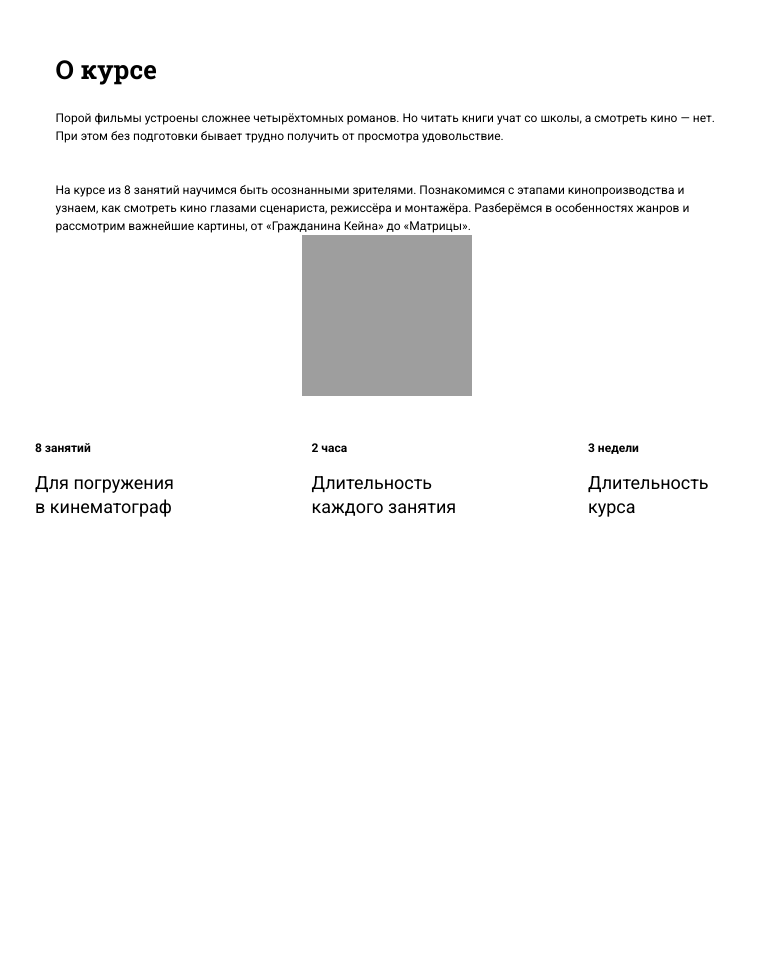
Repository: PoladEziz/Task1
Page: index.html
These files come from the project's save history. The page is drawn as it stood at one moment and after the next save; the edit follows.
The browser window is 768 px wide. The pictures show the whole page.
Pictures or frames that could not be fetched are drawn as grey boxes.

Above is the page before, as saved 2023-04-27 17:56:48.

After the next save:
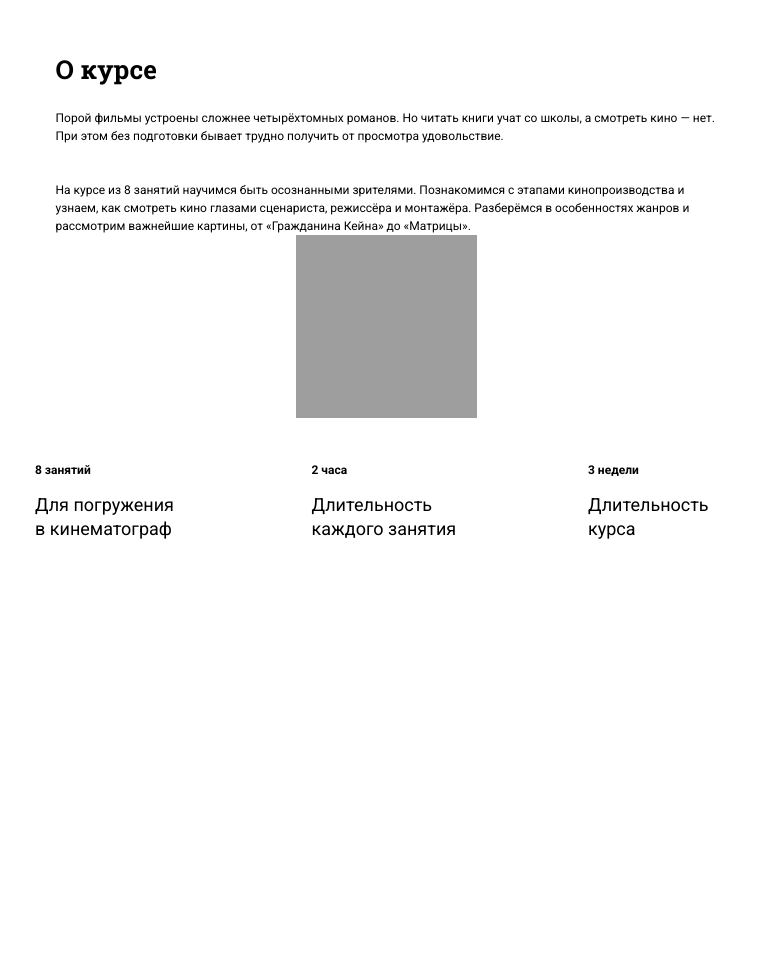
Saved 118 s later.
--- a/index.css
+++ b/index.css
@@ -119,6 +119,7 @@
   .box-1 {
     flex-direction: column;
   }
+  .box
   .box-1 img {
     width: 170px;
     height: 160.44px;

After the save that followed:
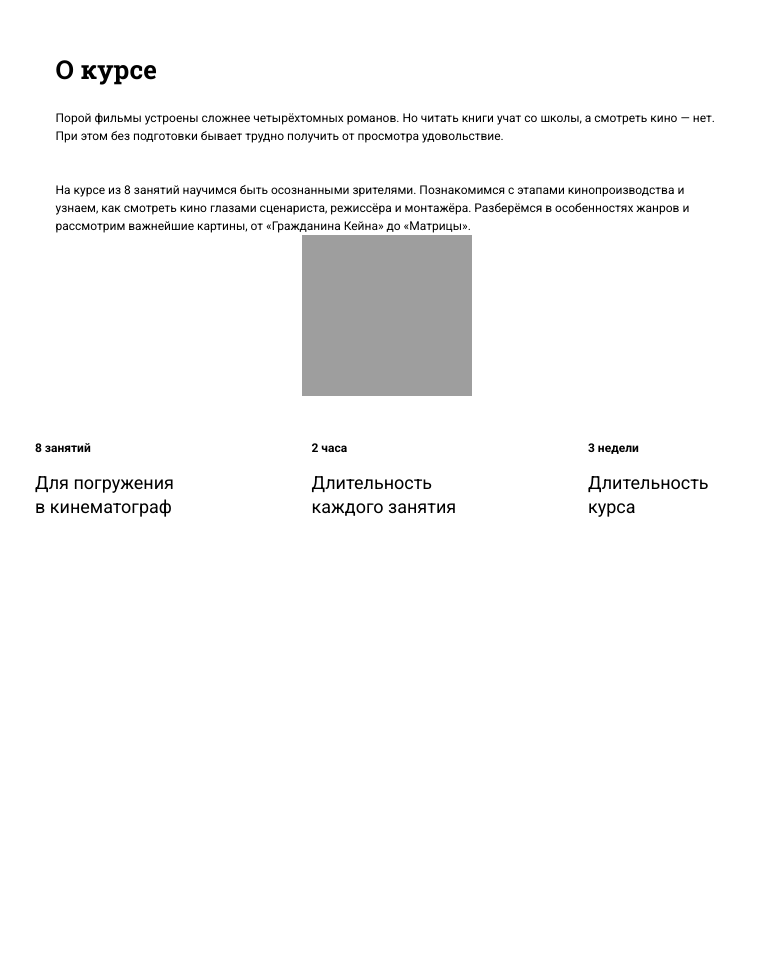
Saved 5 s later.
--- a/index.css
+++ b/index.css
@@ -119,7 +119,9 @@
   .box-1 {
     flex-direction: column;
   }
-  .box
+  .box .text{
+    width: 100%;
+  }
   .box-1 img {
     width: 170px;
     height: 160.44px;
